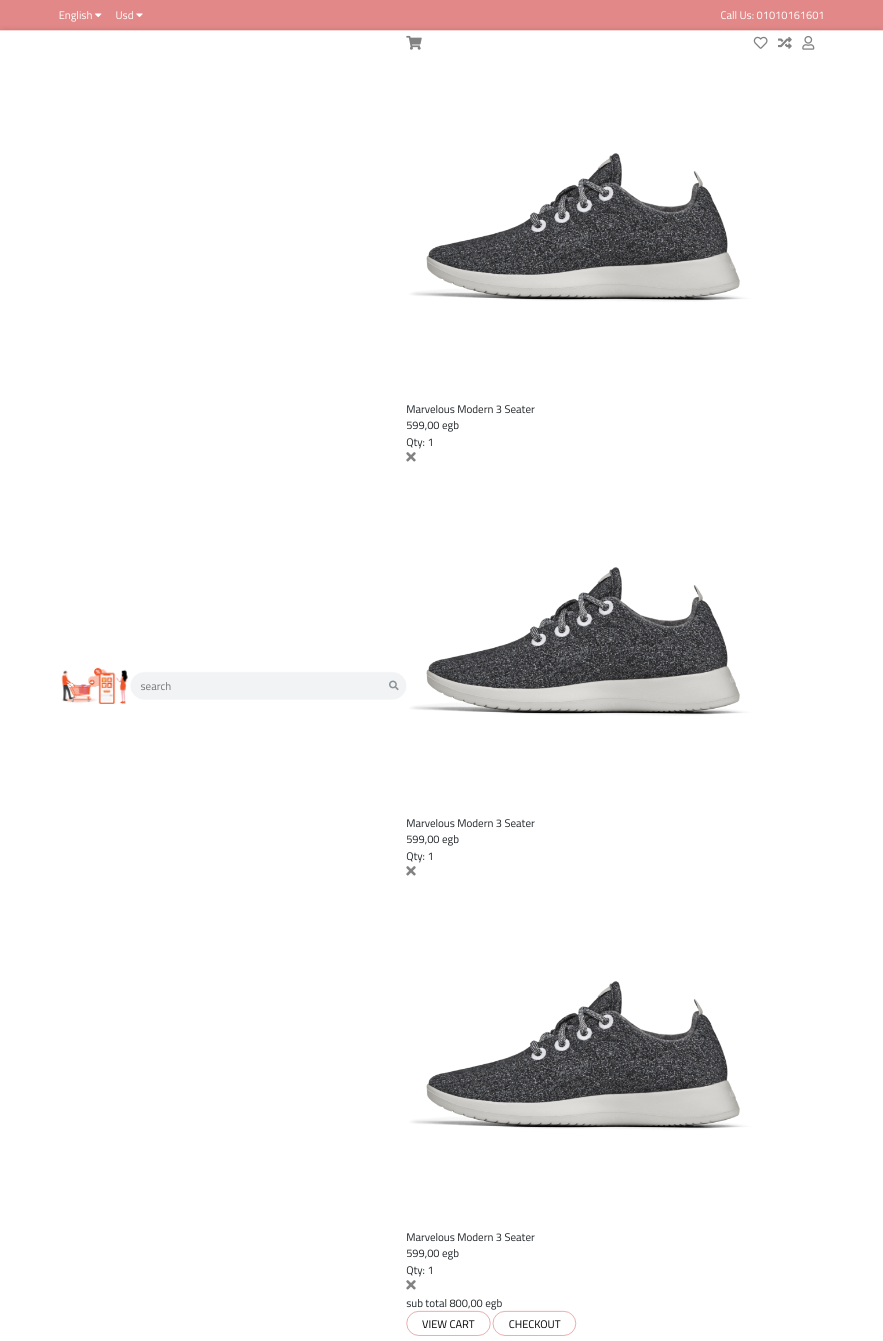
Repository: amrh20/ecommerce-temp
Page: src/index.html
The author's editor kept a copy of each file at every save. The page is drawn from the files as they stood at one save, then again after the next save.
The browser window is 1280 px wide. The pictures show the whole page, at 69% of full size.
The style sheet was rebuilt from its Sass, Less or Tailwind sources for each picture, by a compiler version that may differ from the author's.

Above is the page before, as saved 2020-01-19 10:42:52.

### src/index.html
<!DOCTYPE html>
<html lang="en" dir="ltr">

<head>
  <!-- Mobile specific metas===========================-->
  <meta charset="UTF-8">
  <meta name="viewport" content="width=device-width, initial-scale=1.0">
  <meta http-equiv="X-UA-Compatible" content="ie=edge">
  <!-- Basic page needs===========================-->
  <title>template</title>
  <!-- Favicon===========================-->
  <!-- <link rel="shortcut icon" type="image/x-icon" href="./images/fave-icon.png"> -->
  <!-- Css Base And Vendor ===========================-->
  <link rel="stylesheet" href="./vendors/bootstrap-4/css/bootstrap.min.css">
  <link rel="stylesheet" href="./vendors/fontawesome5.2/css/all.min.css">
  <link rel="stylesheet" href="./vendors/slickslider/slick.css">
  <!-- Site Style===========================-->
  <link rel="stylesheet" href="./styles/main.css">
  <!--[if lt IE 9]>
            <script src="https://oss.maxcdn.com/html5shiv/3.7.2/html5shiv.min.js"></script>
            <script src="https://oss.maxcdn.com/respond/1.4.2/respond.min.js"></script>
        <![endif]-->
</head>

<body>
  <div class="wrapper">
    <div class="body_overlay">
    <!-- start header -->
    <header>
      <div class="header">
        <!-- start top header -->
        <div class="top_header">
          <div class="container">
           <div class="top-header_content">
             <!-- dropdowns -->
            <div class="top_header-dropdowns">
              <!-- start language dropdown -->
              <div class="langauge-dropdown">
                <div class="top_header-dropdown-head">
                  <span>english</span>
                  <i class="fas fa-caret-down"></i>
                  <div class="top_header-dropdown-content">
                    <ul>
                      <li>english</li>
                      <li>french</li>
                    </ul>
                  </div>
                </div>

              </div><!-- end language dropdown -->

              <!-- start currency dropdown -->
              <div class="currency-dropdown">
                <div class="top_header-dropdown-head">
                  <span>usd</span>
                  <i class="fas fa-caret-down"></i>
                  <div class="top_header-dropdown-content">
                    <ul>
                      <li>egb</li>
                      <li>usd</li>
                    </ul>
                  </div>
                </div>

              </div><!-- end currency dropdown -->
            </div>
            <!-- contact -->
            <div class="top_header-contact">
              <p>Call Us: 01010161601</p>
            </div>

           </div>


          </div>
        </div><!-- end top header -->
        <!-- start middle haeder -->
        <div class="mid_header">
          <div class="container">
            <div class="mid_header-content">
              <!-- logo -->
              <div class="logo">
                <img src="./images/logo.png" alt="logo">
              </div>
              <!-- search -->
              <div class="search">
                <input type="text" placeholder="search">
                <i class="fas fa-search"></i>
              </div>
              <!-- icons -->
              <div class="icons">
                <div class="cart_icon">
                  <div class="cart_icon-head">
                    <i class="fas fa-shopping-cart"></i>
                  </div>

                  <div class="icon_Allcontent">
                    <div class="icon_details">
                      <div class="icon_content">
                        <div class="product_img">
                          <img src="./images/product-cart.png" alt="">
                        </div>
                        <div class="product_details">
                          <p class="product_name">Marvelous Modern 3 Seater</p>
                          <p class="product_price"> 599,00 <span>egb</span> </p>
                          <p>Qty: <span>1</span></p>
                        </div>
                        <div class="delete_product">
                          <i class="fa fa-times"></i>
                        </div>
                      </div>
                      <div class="icon_content">
                        <div class="product_img">
                          <img src="./images/product-cart.png" alt="">
                        </div>
                        <div class="product_details">
                          <p class="product_name">Marvelous Modern 3 Seater</p>
                          <p class="product_price"> 599,00 <span>egb</span> </p>
                          <p>Qty: <span>1</span></p>
                        </div>
                        <div class="delete_product">
                          <i class="fa fa-times"></i>
                        </div>
                      </div>
                        <div class="icon_content">
                        <div class="product_img">
                          <img src="./images/product-cart.png" alt="">
                        </div>
                        <div class="product_details">
                          <p class="product_name">Marvelous Modern 3 Seater</p>
                          <p class="product_price"> 599,00 <span>egb</span> </p>
                          <p>Qty: <span>1</span></p>
                        </div>
                        <div class="delete_product">
                          <i class="fa fa-times"></i>
                        </div>
                      </div>
                    </div>


                    <div class="icon_content-overlay">
                    </div>
                    <div class="total_price">
                      <span>sub total</span>
                      <span>800,00 egb</span>
                    </div>
                    <div class="cart_btns">
                      <button class="temp_button">view cart</button>
                      <button class="temp_button checkout_btn">checkout</button>
                    </div>
                  </div>

                </div>
                <div class="icon">
                  <div class="icon_head">
                    <i class="far fa-heart"></i>
                  </div>

                  <div class="icon_Allcontent">
                    <div class="icon_details">
                      <div class="icon_content">
                      fsdfs
                      </div>

                    </div>


                    <div class="icon_content-overlay">
                    </div>

                    <div class="cart_btns">
                      <button class="temp_button">view wishlist</button>

                    </div>
                  </div>
                </div>
                <div class="icon">
                  <i class="fa fa-random"></i>
                </div>
               <div class="icon">
                <i class="far fa-user"></i>
               </div>

              </div>
            </div>
          </div>
        </div>
        <!-- end middle haeder -->
      </div>
    </header><!-- end header -->
    </div>
  </div>

  </div>
  <!--Scripts Plugins========================-->
  <script src="./vendors/jquery/jquery-3.3.1.min.js"></script>
  <script src="./vendors/bootstrap-4/js/bootstrap.min.js"></script>
  <!-- Custom js ====================-->
  <script src="scripts/app.js"></script>
</body>

</html>

### src/scripts/app.js
// $( document ).ready(function() {
//     $(".icon_head").click(function(){
//         $(".icon_Allcontent").toggleClass("showcontent")
//     })
// });


var allButtons = document.querySelectorAll('.icon_head');
console.log("Found", allButtons.length, "div which class starts with “button”.");

for (var i = 0; i < allButtons.length; i++) {
  allButtons[i].addEventListener('click', function() {
    $(".icon_Allcontent").toggleClass("showcontent")
  });
}

### src/styles/main.scss
/* imports sass files
========================*/
@import "../styles/variables.scss";
@import "../styles/buttons.scss";
@import "../styles/forms.scss";
@import "../styles/header.scss";
@import "../styles/base.scss";
@import "../styles/general.scss";

### src/styles/variables.scss
/* our sass varaibles
========================*/
$main-color :#e38888;
$second-color :#222222;
$icons-color :#828282;
$white: #fff;
$black : #000;
$top-header-hover :#e5e5e5;

### src/styles/buttons.scss
@import "../styles/variables.scss";

/* Buttons
==================================*/

### src/styles/forms.scss
@import "../styles/variables.scss";

/* forms
==============================*/
.form-control {
  height: 5rem;
  border: 2px solid transparent;
  border-radius: 1rem;
  box-shadow: 0 4px 10px -2px rgba(126, 173, 225, .5);
  font-size: 1.6rem;
  transition: all .3s ease-in-out;
  padding-left: 15px;

  &:focus {
    outline: none;
    box-shadow: 0 4px 10px -2px rgba(126, 173, 225, .5);
  }

  &::-webkit-input-placeholder {
    color: #7e7e7e;
    text-transform: capitalize;
    font-size: 1.4rem;
  }

  &.remove-default::-webkit-inner-spin-button,
  &.remove-default::-webkit-outer-spin-button,
  &.remove-default,
  &[type=date]::-webkit-inner-spin-button,
  &[type=date]::-webkit-outer-spin-button {
    -webkit-appearance: none;
    -moz-appearance: none;
    margin: 0;
  }

  &.remove-default::-webkit-inner-spin-button,
  &.remove-default::-webkit-outer-spin-button,
  &.remove-default,
  &[type=date] {
    -moz-appearance: textfield;
  }

}

textarea {
  height: auto;
  resize: none;
  width: 100%;
  border: 2px solid transparent;
  border-radius: 1rem;
  box-shadow: 0 4px 10px -2px rgba(126, 173, 225, .5);
  font-size: 1.6rem;
  transition: all .3s ease-in-out;
  padding: 15px;

  &:focus {
    outline: none;
    box-shadow: 0 4px 10px -2px rgba(126, 173, 225, .5);
  }
}

/*check-radio-item*/
.zvendo-check-item {
  margin-bottom: 1.5rem;
  text-align: start;

  &:last-of-type label {
    margin-left: 0;
  }

  input[type="radio"],
  input[type="checkbox"] {
    display: none;
  }

  input[type="radio"]+label,
  input[type="checkbox"]+label {
    position: relative;
    display: block;
    margin-bottom: 0;
    font-size: 1.42rem;
    text-transform: capitalize;
    color: #333232;
    cursor: pointer;
    padding-inline-start: 4rem;
  }

  input[type="radio"]+label::before,
  input[type="checkbox"]+label::before {
    position: absolute;
    content: "";
    font-family: 'Font Awesome 5 Free';
    font-weight: 900;
    display: flex;
    align-items: center;
    justify-content: center;
    font-size: 2rem;
    width: 3rem;
    height: 3rem;
    top: .5rem;
    left: 0;
    background-color: transparent;
    border: 2px solid $main-color;
    border-radius: .9rem;

    [dir="rtl"] & {
      left: auto;
      right: 0;
    }
  }

  input[type="radio"]:checked+label,
  input[type="checkbox"]:checked+label {
    color: $main-color;
  }

  input[type="radio"]:checked+label::before,
  input[type="checkbox"]:checked+label::before {
    font-family: "Font Awesome 5 Free";
    content: "\f00c";
    background-color: transparent;
    color: $main-color;
  }
}

### src/styles/header.scss
@import "../styles/variables.scss";

.header {
  // start top header
  .top_header {
    background-color: $main-color;
    color: $white;
    padding: 10px 0;
    .top-header_content {
      display: flex;
      justify-content: space-between;
      .top_header-dropdowns {
        display: flex;
        .langauge-dropdown,
        .currency-dropdown {
          position: relative;
          .top_header-dropdown-head {
            cursor: pointer;
            width: fit-content;
            text-transform: capitalize;
            .top_header-dropdown-content {
              background-color: $white;
              position: absolute;
              top: 52px;
              box-shadow: 0 0 8px 0 rgba(0, 0, 0, 0.17);
              color: $black;
              min-width: 80px;
              text-transform: capitalize;
              opacity: 0;
              visibility: hidden;
              transition: all 0.3s ease-in-out;
              ul {
                li {
                  padding: 10px;
                  cursor: pointer;
                  &:first-of-type {
                    padding-bottom: 0;
                  }
                  &:hover {
                    color: $main-color;
                  }
                }
              }
            }
            &:hover {
              .top_header-dropdown-content {
                opacity: 1;
                visibility: visible;
                top: 32px;
              }
            }
          }
        }
        .langauge-dropdown {
          margin-right: 20px;
        }
      }
    }
  }
  // start middle header
  .mid_header {
    box-shadow: 0 0 8px 0 rgba(0, 0, 0, 0.17);
    padding: 8px 0;
    .mid_header-content {
      display: flex;
      align-items: center;
      justify-content: space-between;
      .logo {
        img {
          max-height: 60px;
        }
      }
      // search
      .search {
        position: relative;
        input {
          border: 1px solid #f1f3f5;
          border-radius: 20px;
          background: #f1f3f5;
          min-width: 400px;
          padding: 7px 14px;
        }
        i {
          position: absolute;
          right: 11px;
          font-size: 14px;
          top: 50%;
          transform: translateY(-50%);
          color: #8c9196;
        }
      }
      // icons
      .icons {
        display: flex;

        i {
          font-size: 20px;
          color: $icons-color;
          cursor: pointer;
        }
        .icon {
          position: relative;
          margin-right: 15px;

          .icon_Allcontent {
            transition: all 0.3s ease-in-out;
            position: absolute;
            top: 20px;
            right: -15px;
            transition: all 0.3s ease;
            opacity: 0;
            visibility: hidden;
            box-shadow: 0 2px 2px rgba(0, 0, 0, 0.17);
            background-color: $white;
            .icon_details {
                max-height: 350px;
                overflow: auto;
            }
            &.showcontent {
              opacity: 1;
              visibility: visible;
              top: 50px;
            }
          }
          .icon_content {
            padding: 5px 25px;
            display: flex;
            min-width: 360px;
            align-items: center;
            &:first-of-type {
              border-top: 1px solid $main-color;
            }
            .product_img {
              img {
                max-height: 100px;
              }
            }
            .product_details {
              margin: 0 15px;
              .product_name {
                font-weight: 700;
                overflow: hidden;
                text-overflow: ellipsis;
                white-space: nowrap;
                max-width: 170px;
              }
              .product_price {
                text-transform: uppercase;
                color: $main-color;
              }
            }
            .delete_product {
              i {
                color: red;
                font-size: 14px;
              }
            }
          }
          .icon_content-overlay {
            border-color: #e38888 transparent;
            border-style: solid;
            border-width: 0 12px 12px;
            height: 0;
            width: 0;
            top: -12px;
            right: 13px;
            position: absolute;
          }
          .total_price {
            display: flex;
            justify-content: space-between;
            padding: 15px 25px;
            text-transform: capitalize;
            border-top: 1px solid #eee;
            border-bottom: 1px solid #eee;
            span {
              &:first-of-type {
                color: #757575;
              }
              &:nth-of-type(2) {
                color: #010101;
                font-weight: 600;
              }
            }
          }
          .cart_btns {
            display: flex;
            justify-content: space-between;
            padding: 15px 25px;
            .checkout_btn {
                background-color: $main-color;
                color: $white;
                &:hover {
                    color: $main-color;
                    background-color: $white;
                }
            }
          }
        }
      }
    }
  }
}

### src/styles/base.scss
@import "../styles/variables.scss";

/* General elements
======================*/
*,p {
  margin: 0;
  padding: 0;
}
*,
*:focus {
  outline: none !important;
}

.highlightClass {
  color: $main-color;
}
/*import fonts
========================*/
@import url('https://fonts.googleapis.com/css?family=Ubuntu:400,700');

@font-face {
  font-family: Cairo;
  font-style: normal;
  src: local('Cairo Regular'), local('Cairo-Regular'), url("../fonts/Cairo/Cairo-Regular.ttf");
  font-display: swap;
  font-weight: 400;
}
@font-face {
  font-family: Cairo;
  font-style: normal;
  src: local('Cairo Cairo-SemiBold'), local('Cairo-Cairo-SemiBold'), url("../fonts/Cairo/Cairo-SemiBold.ttf");
  font-display: swap;
  font-weight: 600;
}
@font-face {
  font-family: Cairo;
  font-style: normal;
  src: local('Cairo Bold'), local('Cairo-Bold'), url("../fonts/Cairo/Cairo-Bold.ttf");
  font-display: swap;
  font-weight: 700;
}
/*body-layout
========================*/
html {
  font-size: 62.5%;
  overflow-x: hidden;
}
body {
  font-family: 'Cairo',  sans-serif;
  font-size: 1.6rem;

  [dir=rtl] & {
    direction: rtl;
    text-align: right;
  }
}

.wrapper {
  position: relative;
  width: 100%;
}
/* Links
==================*/
a {
  color: inherit;
  &:hover,
  &:focus {
    text-decoration: none;
    transition: all .3s ease-in-out;
    color: inherit;
  }
}
/* Images
============================*/
img {
  // display: block;
  max-width: 100%;
  height: auto;
}

// list items
ul {
  list-style: none;
  margin: 0;
}

/* inputs
============================*/

### src/styles/general.scss
// .showbody_overlay {
//     top: 0;
//     left: 0;
//     right: 0;
//     bottom: 0;
//     opacity: .5;
//     z-index: 1;
//     position: fixed;
//     visibility: visible;
//     background: rgba(0, 0, 0, 0.5);
//     transition: all .3s ease-in-out;
// }

// .opacity_zaro {
//     opacity: 0;
// }
// .opacity_one {
//     opacity: 1;
//     top: 50px !important;
// }

// .whitecolor {
//     color: #fff !important;
// }

// buttons
.temp_button {
    color: $black;
    padding: 5px 22px;
    border-radius: 18px;
    vertical-align: top;
    display: inline-block;
    background: transparent;
    border: 1px solid $main-color;
    text-transform: uppercase;
    cursor: pointer;
    transition: all .3s ease-in-out;
    &:hover {
        background-color: $main-color;
        color: $white;
    }
}

Loaded but not shown: src/vendors/bootstrap-4/css/bootstrap.min.css (library); src/vendors/fontawesome5.2/css/all.min.css (library); src/vendors/slickslider/slick.css (common file); src/vendors/jquery/jquery-3.3.1.min.js (library); src/vendors/bootstrap-4/js/bootstrap.min.js (library)

After the next save:
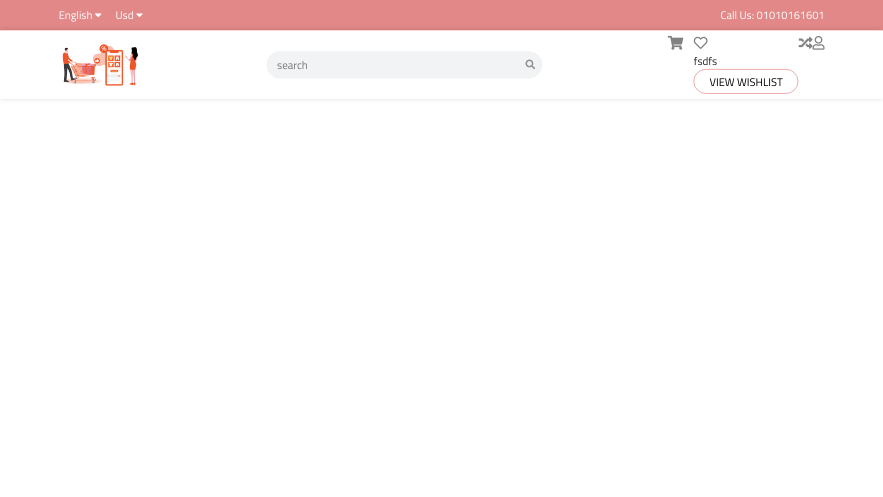
Saved 3 s later.
--- a/src/styles/header.scss
+++ b/src/styles/header.scss
@@ -98,7 +98,7 @@
           color: $icons-color;
           cursor: pointer;
         }
-        .icon {
+        .cart_icon {
           position: relative;
           margin-right: 15px;
 

After the save that followed:
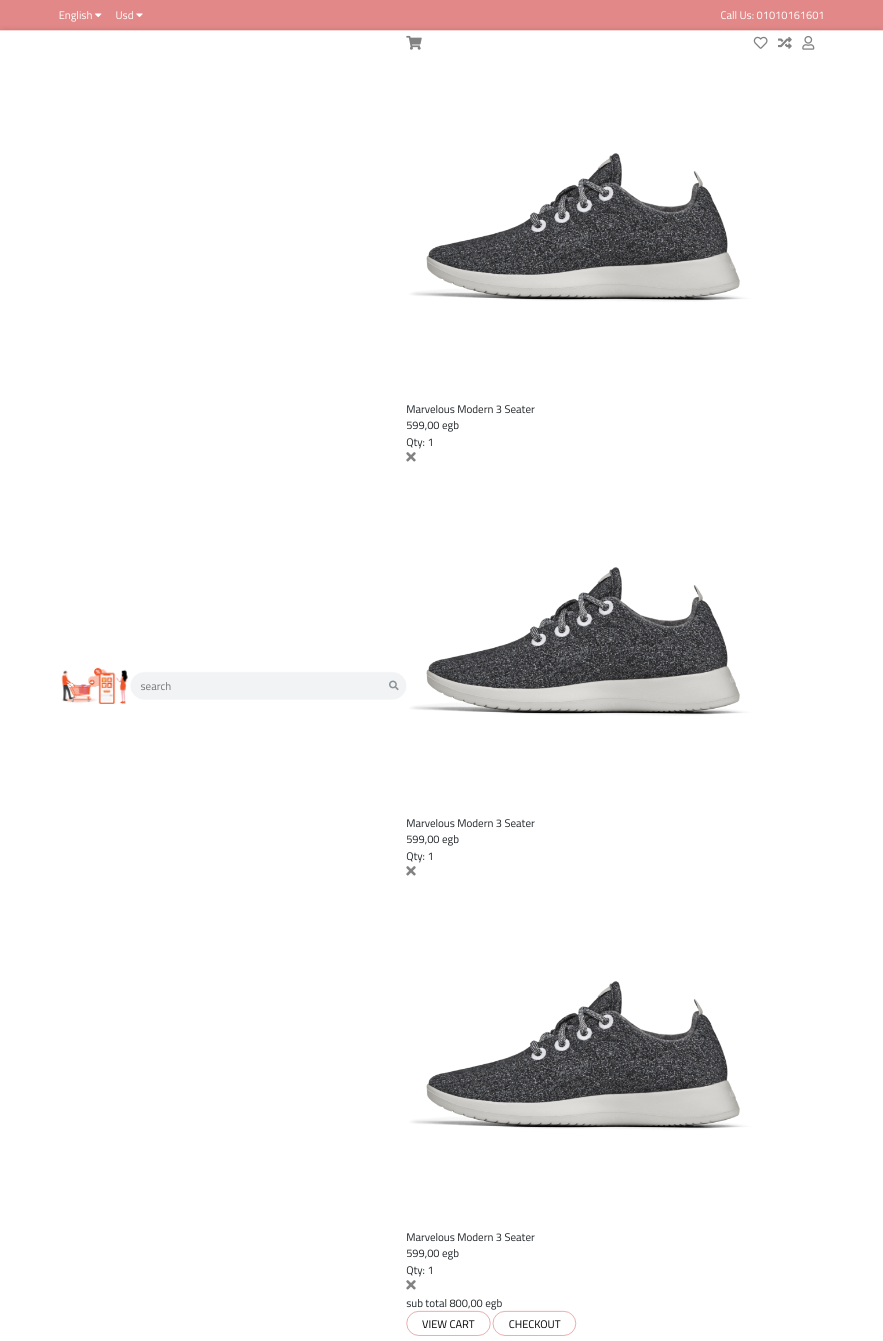
Saved 26 s later.
--- a/src/styles/header.scss
+++ b/src/styles/header.scss
@@ -98,7 +98,7 @@
           color: $icons-color;
           cursor: pointer;
         }
-        .cart_icon {
+        .icon {
           position: relative;
           margin-right: 15px;
 
